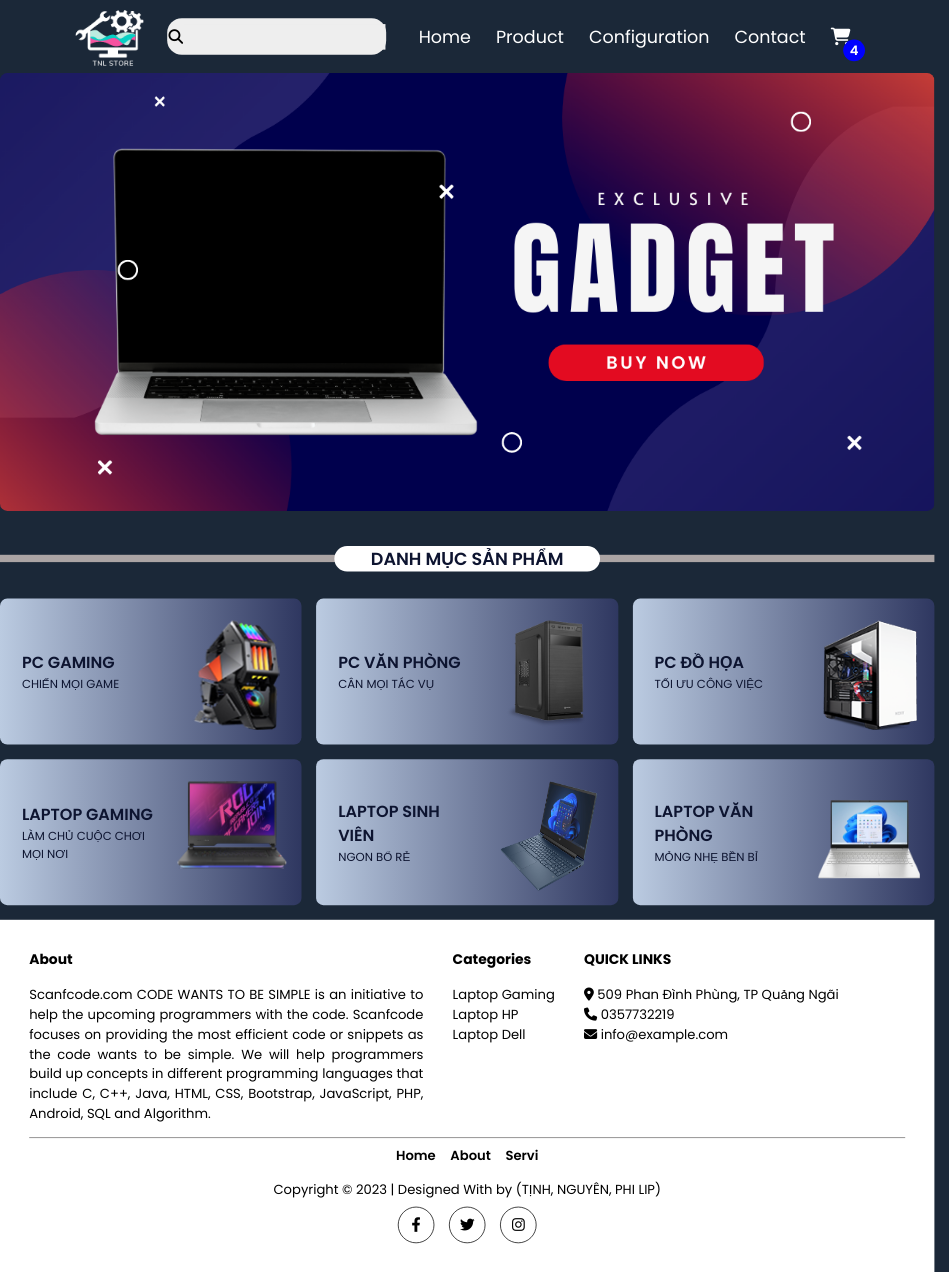
Repository: HPNChanel/DACS
Page: index.html
These files come from the project's save history. The page is drawn as it stood at one moment and after the next save; the edit follows.
The browser window is 1280 px wide. The page is 1300 px wide, so the pictures cover 1300 px, including what lies to the right of the window. The pictures show the whole page, at 73% of full size.

Above is the page before, as saved 2023-04-13 18:28:22.

### index.html
<!DOCTYPE html>
<html lang="en">
    <head>
        <meta charset="UTF-8" />
        <meta http-equiv="X-UA-Compatible" content="IE=edge" />
        <meta name="viewport" content="width=device-width, initial-scale=1.0" />
        <title>TNL Store</title>
        <link rel="stylesheet" href="./style/main.css" />
        <link rel="preconnect" href="https://fonts.googleapis.com" />
        <link rel="preconnect" href="https://fonts.gstatic.com" crossorigin />
        <link
            href="https://fonts.googleapis.com/css2?family=Poppins:ital,wght@0,100;0,200;0,300;0,400;0,500;0,600;0,700;1,100;1,200;1,300;1,400;1,500;1,700&display=swap"
            rel="stylesheet"
        />
        <link
            rel="stylesheet"
            href="https://cdnjs.cloudflare.com/ajax/libs/font-awesome/6.4.0/css/all.min.css"
            integrity="sha512-iecdLmaskl7CVkqkXNQ/ZH/XLlvWZOJyj7Yy7tcenmpD1ypASozpmT/E0iPtmFIB46ZmdtAc9eNBvH0H/ZpiBw=="
            crossorigin="anonymous"
            referrerpolicy="no-referrer"
        />
    </head>
    <body>
        <nav>
            <div class="nav-content">
                <div class="nav-logo">
                    <a href="">
                        <img
                            src="./image/Black Minimalist  Computer Service Logo (2)/5.png"
                            alt=""
                        />
                    </a>
                </div>
                <div class="nav-search">
                    <label for="nav-search">
                        <i class="fa fa-search"></i>
                        <input type="text" id="nav-search" />
                    </label>
                </div>
                <div class="nav-menu">
                    <a href="">Home</a>
                    <a href="">Product</a>
                    <a href="">Configuration</a>
                    <a href="">Contact</a>
                    <a href=""><i class="fa-solid fa-cart-shopping"></i></a>
                </div>
            </div>
        </nav>
        <main>
            <div class="slider">
                <div class="slides">
                    <input type="radio" name="radio-btn" id="radio1" />
                    <input type="radio" name="radio-btn" id="radio2" />
                    <input type="radio" name="radio-btn" id="radio3" />
                    <input type="radio" name="radio-btn" id="radio4" />

                    <div class="slide first">
                        <img src="./image/banner1.png" alt="" />
                    </div>
                    <div class="slide">
                        <img src="./image/banner2.png" alt="" />
                    </div>
                    <div class="slide">
                        <img src="./image/banner3.png" alt="" />
                    </div>
                    <div class="slide">
                        <img src="./image/banner4.png" alt="" />
                    </div>

                    <div class="navigation-auto">
                        <div class="auto-btn1"></div>
                        <div class="auto-btn2"></div>
                        <div class="auto-btn3"></div>
                        <div class="auto-btn4"></div>
                    </div>
                </div>

                <div class="navigation-manual">
                    <label for="radio1" class="munual-btn"></label>
                    <label for="radio2" class="munual-btn"></label>
                    <label for="radio3" class="munual-btn"></label>
                    <label for="radio4" class="munual-btn"></label>
                </div>
            </div>
            <!-- Block của content -->
            <div class="block">
                <div class="block-header">
                    <span class="block-header-title">DANH MỤC SẢN PHẨM</span>
                </div>
                <div class="block-content">
                    <a href="./pc-gaming.html">
                        <div class="text">PC Gaming</div>
                        <div class="text-sub">Chiến mọi game</div>
                        <img src="./image/cat_maytinh_v2.png" alt="" />
                    </a>
                    <a href="./pc-vanphong.html">
                        <div class="text">PC Văn Phòng</div>
                        <div class="text-sub">Cân mọi tác vụ</div>
                        <img src="./image/cat-vanphong.png" alt="" />
                    </a>
                    <a href="./pc-dohoa.html">
                        <div class="text">PC Đồ họa</div>
                        <div class="text-sub">Tối ưu công việc</div>
                        <img src="./image/cat_dohoa_v3.png" alt="" />
                    </a>
                    <a href="./laptop-gaming.html">
                        <div class="text">Laptop Gaming</div>
                        <div class="text-sub">Làm chủ cuộc chơi mọi nơi</div>
                        <img
                            src="./image/cat_ laptop_v2.png"
                            alt=""
                            class="height-image"
                        />
                    </a>
                    <a href="./laptop-sinhvien.html">
                        <div class="text">Laptop sinh viên</div>
                        <div class="text-sub">Ngon bổ rẻ</div>
                        <img src="./image/laptop_sinhvien.png" alt="" />
                    </a>
                    <a href="./laptop-vanphong.html">
                        <div class="text">Laptop Văn Phòng</div>
                        <div class="text-sub">Mỏng nhẹ bền bỉ</div>
                        <img src="./image/cat_laptop_hoctap_v2.png" alt="" />
                    </a>
                </div>
            </div>
        </main>
        <!-- footer -->
        <footer>
            <div class="footer-top">
                <div class="footer-about">
                    <h6>About</h6>
                    <p>
                        Scanfcode.com CODE WANTS TO BE SIMPLE is an initiative
                        to help the upcoming programmers with the code.
                        Scanfcode focuses on providing the most efficient code
                        or snippets as the code wants to be simple. We will help
                        programmers build up concepts in different programming
                        languages that include C, C++, Java, HTML, CSS,
                        Bootstrap, JavaScript, PHP, Android, SQL and Algorithm.
                    </p>
                </div>
                <div class="footer-categories">
                    <h6>Categories</h6>
                    <a href=""><p>Laptop Gaming</p></a>
                    <a href=""><p>Laptop HP</p></a>
                    <a href=""><p>Laptop Dell</p></a>
                </div>
                <div class="footer-quickLinks">
                    <h6>QUICK LINKS</h6>
                    <p>
                        <i class="fa-sharp fa-solid fa-location-dot"> </i> 509
                        Phan Đình Phùng, TP Quảng Ngãi
                    </p>
                    <p><i class="fa fa-phone"></i> 0357732219</p>
                    <p><i class="fa-solid fa-envelope"></i> info@example.com</p>
                </div>
            </div>
            <div class="footer-bottom">
                <div class="footer-nav">
                    <a href=""> <p>Home</p> </a>
                    <a href=""> <p>About</p> </a>
                    <a href=""> <p>Servi</p> </a>
                </div>
                <p>
                    Copyright © 2023 | Designed With by (TỊNH, NGUYÊN, PHI LIP)
                </p>
                <div class="footer-icon-about">
                    <a href="">
                        <i class="fa-brands fa-facebook-f"></i>
                    </a>
                    <a href="">
                        <i class="fa-brands fa-twitter"></i>
                    </a>
                    <a href="">
                        <i class="fa-brands fa-instagram"></i>
                    </a>
                </div>
            </div>
        </footer>
        <script src="main.js"></script>
    </body>
</html>

### style/main.css
* {
    margin: 0;
    padding: 0;
    box-sizing: border-box;
    list-style: none;
    text-decoration: none;
}
html {
    font-size: 62.5%;
}
body {
    font-family: "Poppins", sans-serif;
    font-size: 1.6rem;
    margin: 0 auto;
    background-color: #1b2838;
}
/* NAV */
main {
    width: 1280px;
    margin: 0 auto;
    margin-top: 100px;
}
nav {
    width: 100%;
    height: 100px;
    position: fixed;
    top: 0;
    left: 0;
    right: 0;
    background-color: #1b2838;
    z-index: 2;
    display: flex;
    align-items: center;
}
.nav-content {
    width: 100%;
    display: flex;
    align-items: center;
    justify-content: space-between;
    margin: 0 100px;
}
.nav-logo {
    width: 100px;
    height: 100px;
    object-fit: cover;
}
.nav-logo img {
    width: 100%;
    height: 100%;
}
.nav-search label {
    display: flex;
    align-items: center;
    justify-content: center;
    width: 300px;
    height: 50px;
    background-color: #eee;
    border-radius: 20px;
    cursor: pointer;
    /* margin-left: -300px; */
}
.nav-search i {
    font-size: 20px;
}
.nav-search input {
    padding: 5px 30px 5px 15px;
    outline: none;
    background-color: inherit;
    border: none;
    font-size: 18px;
    line-height: 25px;
}
.nav-menu a {
    font-size: 24px;
    color: white;
    margin: 0 15px;
}
.nav-menu a:not(:last-child):hover {
    border-bottom: 3px solid #eee;
}
.nav-menu a:nth-child(5) {
    position: relative;
}
.nav-menu a:nth-child(5)::before {
    content: "4";
    position: absolute;
    top: 20px;
    right: -20px;
    font-size: 18px;
    font-weight: 600;
    width: 30px;
    height: 30px;
    color: white;
    background-color: blue;
    border-radius: 50%;
    display: flex;
    justify-content: center;
    align-items: center;
}
/* END NAV */
.slider {
    width: 1280px;
    height: 60rem;
    border-radius: 10px;
    overflow: hidden;
}
.slides {
    width: 500%;
    height: 50rem;
    display: flex;
}
.slides input {
    display: none;
}
.slide {
    width: 20%;
    transition: 2s;
}
.slide img {
    width: 1280px;
    height: 600px;
}

.navigation-manual {
    position: absolute;
    width: 1280px;
    display: flex;
    justify-content: center;
    margin-top: 40px;
}
.munual-btn {
    border: 2px solid var(--slide-background-color);
    padding: 5px;
    border-radius: 10px;
    cursor: pointer;
    transition: 1s;
}
.munual-btn:not(:last-child) {
    margin-right: 10px;
}
.munual-btn:hover {
    background-color: var(--slide-background-color);
}

#radio1:checked ~ .first {
    margin-left: 0;
}
#radio2:checked ~ .first {
    margin-left: -20%;
}
#radio3:checked ~ .first {
    margin-left: -40%;
}
#radio4:checked ~ .first {
    margin-left: -60%;
}

.navigation-auto {
    position: absolute;
    display: flex;
    width: 1280px;
    justify-content: center;
    margin-top: 540px;
}
.navigation-auto div {
    border: 2px solid var(--slide-background-color);
    padding: 5px;
    border-radius: 10px;
    transition: 1s;
}
.navigation-auto div:not(:last-child) {
    margin-right: 10px;
}

#radio1:checked ~ .navigation-auto .auto-btn1 {
    background-color: var(--slide-background-color);
}
#radio2:checked ~ .navigation-auto .auto-btn2 {
    background-color: var(--slide-background-color);
}
#radio3:checked ~ .navigation-auto .auto-btn3 {
    background-color: var(--slide-background-color);
}
#radio4:checked ~ .navigation-auto .auto-btn4 {
    background-color: var(--slide-background-color);
}

.block {
    margin-top: 60px;
}
.block-header {
    display: flex;
    align-items: center;
    justify-content: center;
    background-color: #aba4a4;
    height: 10px;
}
.block-header-title {
    position: relative;
    padding-left: 50px;
    padding-right: 50px;
    background-color: white;
    font-weight: 600;
    border-radius: 30px;
    font-size: 2.4rem;
    color: #0d1430;
}
.block-content {
    margin-top: 50px;
    display: flex;
    flex-wrap: wrap;
    margin-right: -2rem;
}
.block-content a {
    width: calc(33.33% - 2rem);
    height: 20rem;
    display: flex;
    flex-direction: column;
    align-items: flex-start;
    justify-content: center;
    margin-right: 2rem;
    margin-bottom: 2rem;
    padding-left: 30px;
    background: linear-gradient(to right, #bbcbe1 0, #313965e4 100%);
    position: relative;
    border-radius: 10px;
}
.block-content .text,
.block-content .text-sub {
    text-transform: uppercase;
    color: #0d1430;
    width: 50%;
}
.block-content .text {
    font-weight: 600;
    font-size: 2.2rem;
}
.block-content img {
    position: absolute;
    top: 3rem;
    right: 2rem;
    width: 15rem;
    height: 15rem;
    /* box-shadow: 10px 10px 10px red; */
}
.block-content .height-image {
    height: 12rem;
}
.block-content a:hover {
    scale: 1.05;
    transition: all 0.2s ease-in-out;
    box-shadow: 0px 0 10px 5px #dce5f3;
}

/* Footer*/
footer {
    width: 100%;
    background-color: white;
    padding: 40px;
}
.footer-top {
    display: flex;
    color: black;
    font-size: 18px;
    border-bottom: 1px solid #6f6d6d;
    padding-bottom: 20px;
}
.footer-about {
    width: 45%;
    margin-right: 40px;
}
.footer-about p {
    text-align: justify;
}
h6 {
    font-size: 19px;
    font-weight: 700;
    margin-bottom: 20px;
}

.footer-categories a {
    color: black;
}
.footer-categories {
    margin-right: 40px;
}
.footer-bottom {
    display: flex;
    align-items: center;
    flex-direction: column;
}
.footer-nav {
    display: flex;
    flex-direction: row;
}
.footer-nav a {
    font-size: 18px;
    color: black;
    font-weight: 600;
    margin: 10px;
}
.footer-bottom p {
    font-size: 18px;
    margin-bottom: 10px;
}
.footer-icon-about {
    font-size: 20px;
    display: flex;
    flex-direction: row;
}
.footer-icon-about a {
    display: inline-block;
    width: 50px;
    border: 1px solid black;
    border-radius: 50%;
    height: 50px;
    display: flex;
    align-items: center;
    justify-content: center;
    /* margin: top right bottom left */
    margin: 0 10px;
}
.footer-icon-about i {
    color: black;
}

### main.js
var counter = 1;
setInterval(function () {
  document.getElementById("radio" + counter).checked = true;
  counter++;
  if (counter > 4) {
    counter = 1;
  }
}, 5000);

After the next save:
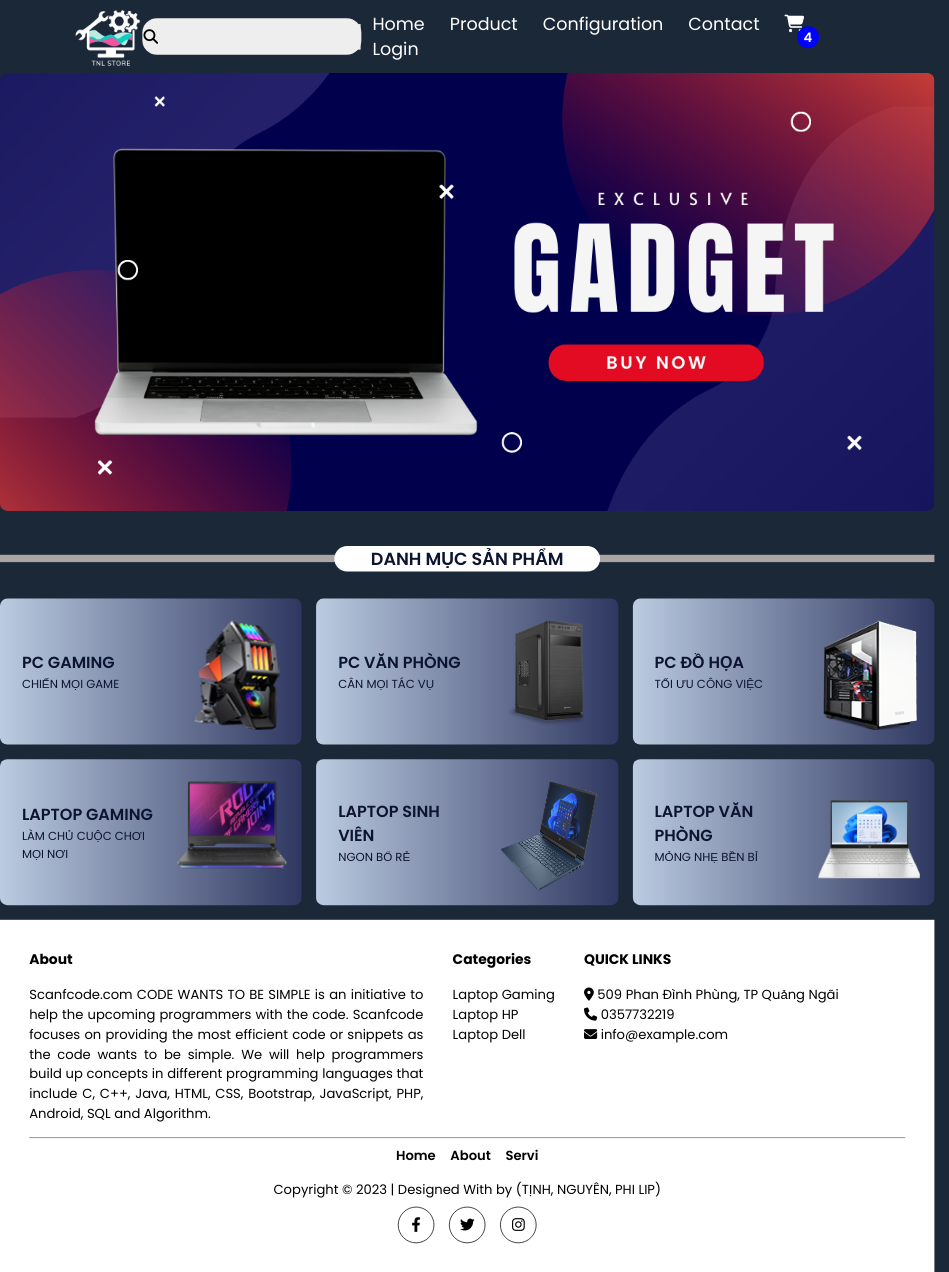
Saved 4 min 8 s later.
--- a/index.html
+++ b/index.html
@@ -43,6 +43,7 @@
                     <a href="">Configuration</a>
                     <a href="">Contact</a>
                     <a href=""><i class="fa-solid fa-cart-shopping"></i></a>
+                    <a href="" class="login">Login</a>
                 </div>
             </div>
         </nav>
